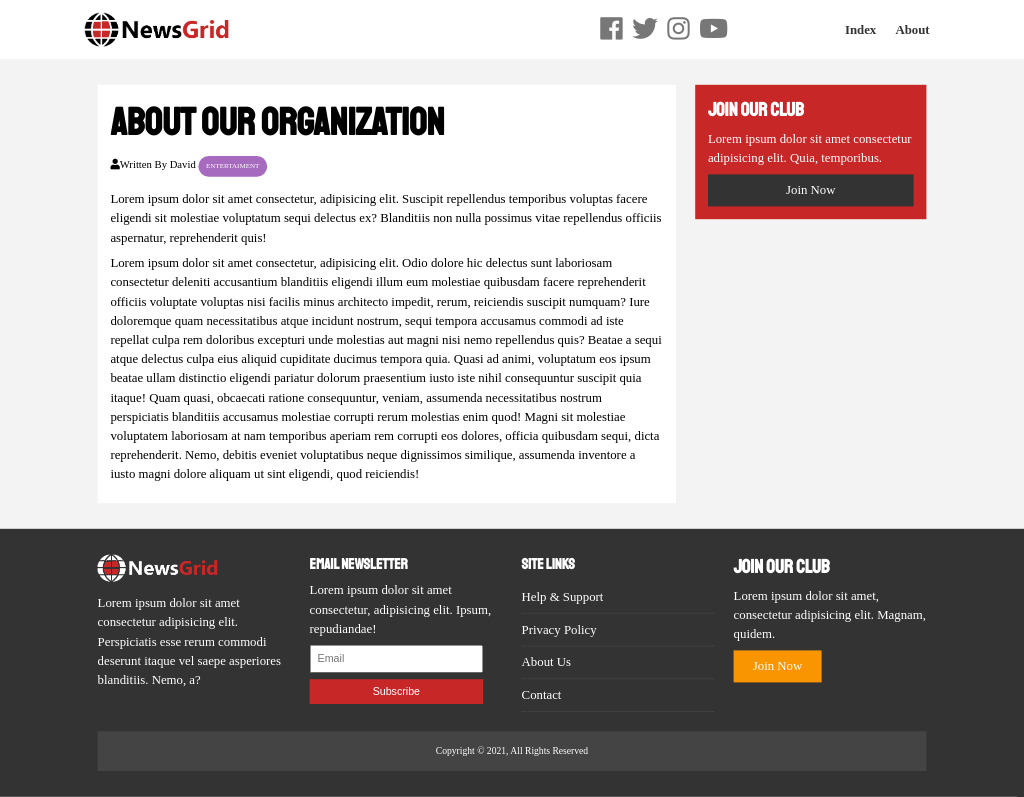
Repository: minhtien9/newsgrid
Page: article.html
These files come from the project's save history. The page is drawn as it stood at one moment and after the next save; the edit follows.
The browser window is 1280 px wide. The pictures show the whole page, at 80% of full size.
Some web libraries are served in a nearby version.

Above is the page before, as saved 2021-08-26 12:09:46.

After the next save:
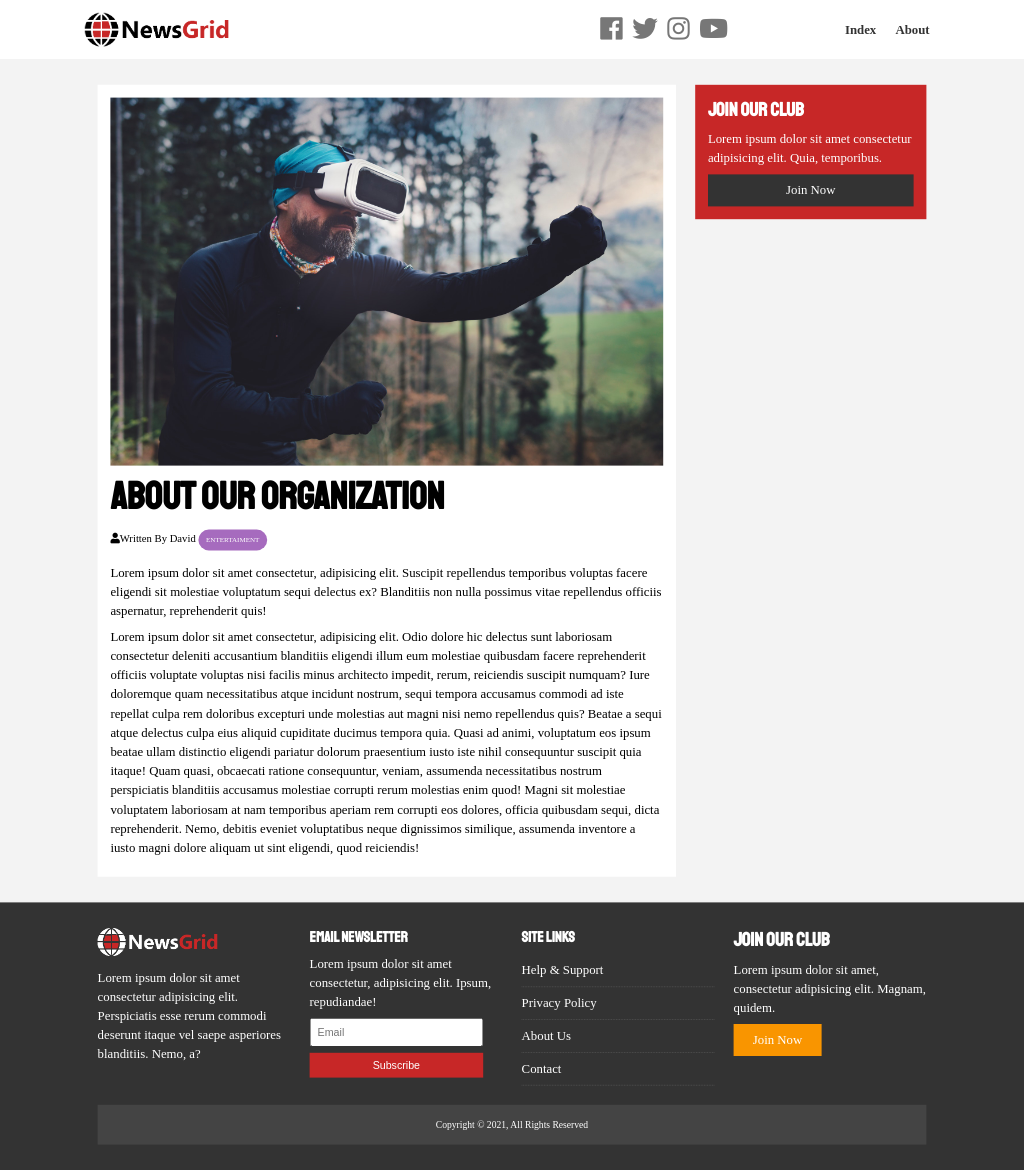
Saved 20 s later.
--- a/article.html
+++ b/article.html
@@ -53,6 +53,7 @@
       <div class="container">
         <div class="page-container">
           <article class="card">
+            <img src="img/articles/ent1.jpg" alt="" />
             <h1 class="l-heading">About Our Organization</h1>
             <div class="meata">
               <small> <i class="fas fa-user"></i>Written By David </small>
